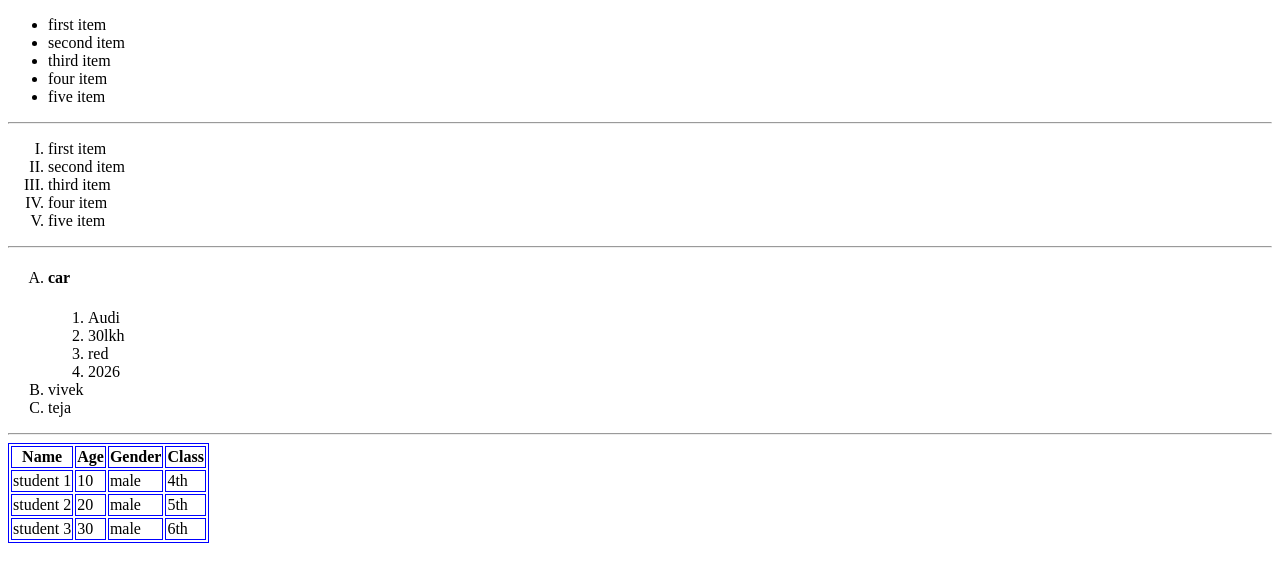
Repository: viveknaidu007/repo-166-Full-Stack-Development-Learning-Notes-Innomatics-2024
Page: module_1-html,css,bootstrap/spet_20_2024/index.html
An editor plug-in stored every save of this project. The page is shown before and after the next save, followed by the edit.
The browser window is 1280 px wide. The pictures show the whole page.

Above is the page before, as saved 2024-09-21 12:27:29.

### module_1-html,css,bootstrap/spet_20_2024/index.html
<!DOCTYPE html>
<html lang="en">
<head>
    <meta charset="UTF-8">
    <meta name="viewport" content="width=device-width, initial-scale=1.0">
    <title>intro</title>
    <style>
        table,th,td{
            border:1px solid blue;
        }
    </style>
</head>
<body>
    <ul>
        <li> first item</li>
        <li> second item</li>
        <li> third item</li>
        <li> four item</li>
        <li> five item</li>
    </ul>

    <hr>

    <ol type="I">
        <li> first item </li>
        <li> second item </li>
        <li> third item </li>
        <li> four item </li>
        <li> five item </li>
    </ol>

    <hr>

    <ol type="A">
        <li>
            <h4> car </h4>
            <ol>
                <li> Audi </li>
                <li> 30lkh </li>
                <li> red </li>
                <li> 2026 </li>
            </ol>
        </li>
        <li> vivek </li>
        <li> teja </li>
    </ol>

    <hr>

    <table>
        <tr>
            <th> Name </th>
            <th> Age </th>
            <th> Gender </th>
            <th> Class </th>
        </tr>

        <tr>
            <td> student 1</td>
            <td> 10 </td>
            <td> male </td>
            <td> 4th</td>
        </tr>

        <tr>
            <td> student 2</td>
            <td> 20 </td>
            <td> male </td>
            <td> 5th</td>
        </tr>

        <tr>
            <td> student 3</td>
            <td> 30 </td>
            <td> male </td>
            <td> 6th </td>
        </tr>


    </table>

</body>
</html>

After the next save:
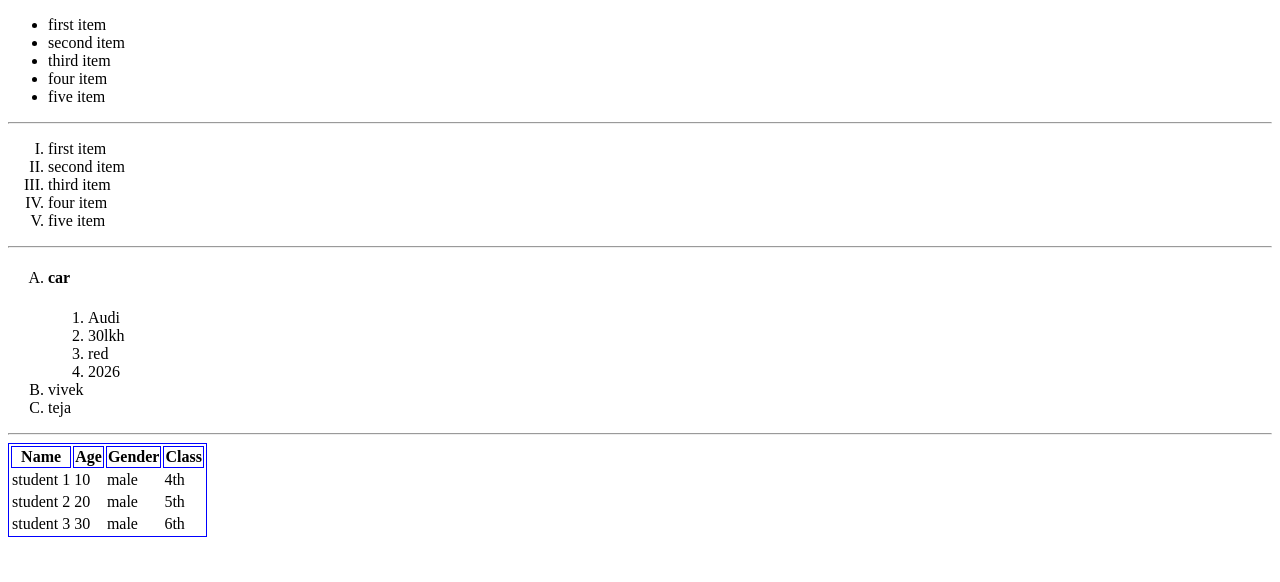
Saved 15 s later.
--- a/module_1-html,css,bootstrap/spet_20_2024/index.html
+++ b/module_1-html,css,bootstrap/spet_20_2024/index.html
@@ -5,7 +5,7 @@
     <meta name="viewport" content="width=device-width, initial-scale=1.0">
     <title>intro</title>
     <style>
-        table,th,td{
+        table,th{
             border:1px solid blue;
         }
     </style>

After the 2 saves that followed:
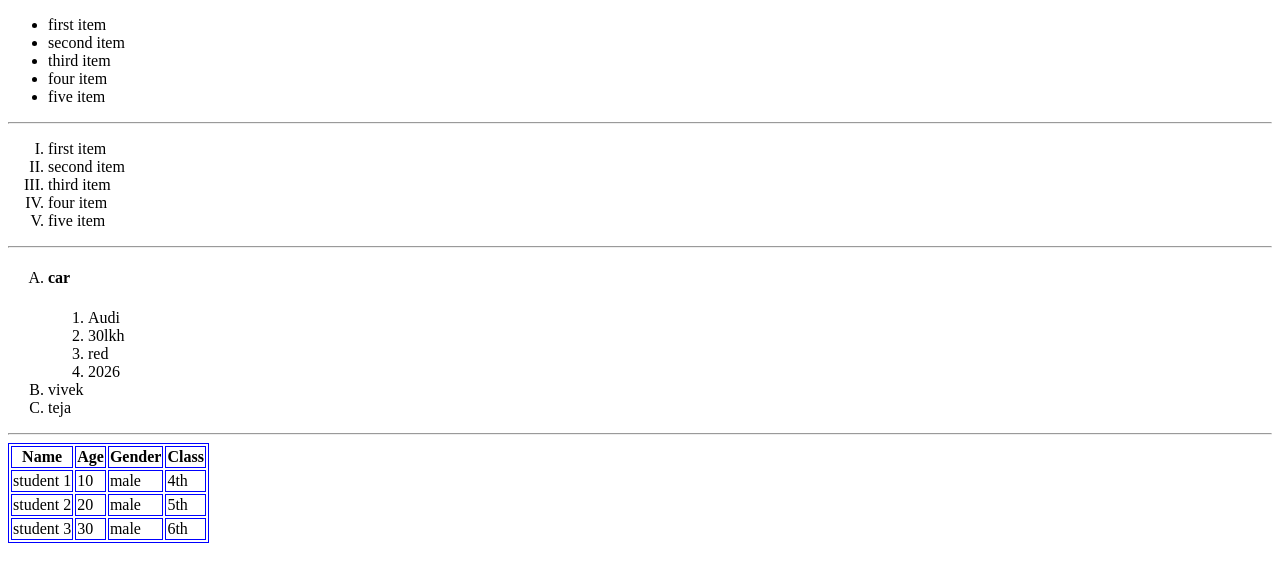
The 2 saves are shown as one change because 1 left the picture as it was.
The last was saved 14 s later.
--- a/module_1-html,css,bootstrap/spet_20_2024/index.html
+++ b/module_1-html,css,bootstrap/spet_20_2024/index.html
@@ -5,7 +5,7 @@
     <meta name="viewport" content="width=device-width, initial-scale=1.0">
     <title>intro</title>
     <style>
-        table,th{
+        table,th,td{
             border:1px solid blue;
         }
     </style>
